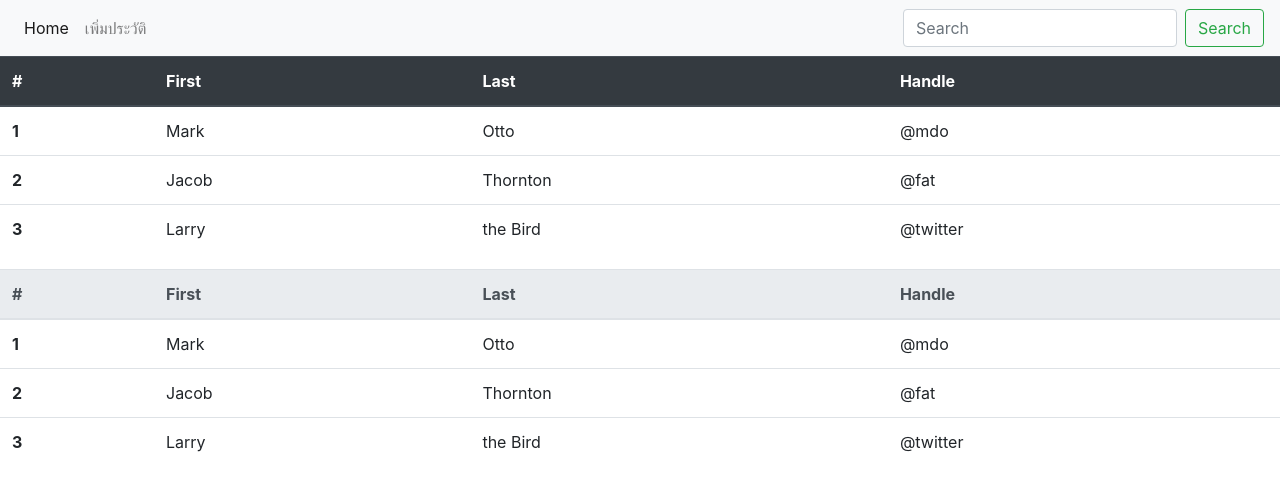
Repository: p2job/javawebapp
Page: http://localhost/demojsp/
These files come from the project's save history. The page is drawn as it stood at one moment and after the next save; the edit follows.
The browser window is 1280 px wide. The pictures show the whole page.
The page is served by Tomcat 9.

Above is the page before, as saved 2020-07-31 08:49:14.

### demojsp/WebContent/index.jsp
  <%@page contentType="text/html" pageEncoding="UTF-8"%>
  <%@ page import="java.sql.*"  %>
<!DOCTYPE html>
<html>
<head>
<meta http-equiv="Content-Type" content="text/html; charset=UTF-8">
<meta name="viewport" content="width=device-width, initial-scale=1, shrink-to-fit=no">
<link rel="stylesheet" href="https://stackpath.bootstrapcdn.com/bootstrap/4.5.0/css/bootstrap.min.css" integrity="sha384-9aIt2nRpC12Uk9gS9baDl411NQApFmC26EwAOH8WgZl5MYYxFfc+NcPb1dKGj7Sk" crossorigin="anonymous">
<title>Insert title here</title>
</head>
<body>
	<nav class="navbar navbar-expand-lg navbar-light bg-light">
  <button class="navbar-toggler" type="button" data-toggle="collapse" data-target="#navbarTogglerDemo01" aria-controls="navbarTogglerDemo01" aria-expanded="false" aria-label="Toggle navigation">
    <span class="navbar-toggler-icon"></span>
  </button>
  <div class="collapse navbar-collapse" id="navbarTogglerDemo01">
    <ul class="navbar-nav mr-auto mt-2 mt-lg-0">
      <li class="nav-item active">
        <a class="nav-link" href="index.jsp">Home <span class="sr-only">(current)</span></a>
      </li>
      <li class="nav-item">
        <a class="nav-link" href="insert.jsp">เพิ่มประวัติ</a>
      </li>
    </ul>
    <form class="form-inline my-2 my-lg-0">
      <input class="form-control mr-sm-2" type="search" placeholder="Search" aria-label="Search">
      <button class="btn btn-outline-success my-2 my-sm-0" type="submit">Search</button>
    </form>
  </div>
</nav>
<table class="table">
  <thead class="thead-dark">
    <tr>
      <th scope="col">#</th>
      <th scope="col">First</th>
      <th scope="col">Last</th>
      <th scope="col">Handle</th>
    </tr>
  </thead>
  <tbody>
    <tr>
      <th scope="row">1</th>
      <td>Mark</td>
      <td>Otto</td>
      <td>@mdo</td>
    </tr>
    <tr>
      <th scope="row">2</th>
      <td>Jacob</td>
      <td>Thornton</td>
      <td>@fat</td>
    </tr>
    <tr>
      <th scope="row">3</th>
      <td>Larry</td>
      <td>the Bird</td>
      <td>@twitter</td>
    </tr>
  </tbody>
</table>

<table class="table">
  <thead class="thead-light">
    <tr>
      <th scope="col">#</th>
      <th scope="col">First</th>
      <th scope="col">Last</th>
      <th scope="col">Handle</th>
    </tr>
  </thead>
  <tbody>
    <tr>
      <th scope="row">1</th>
      <td>Mark</td>
      <td>Otto</td>
      <td>@mdo</td>
    </tr>
    <tr>
      <th scope="row">2</th>
      <td>Jacob</td>
      <td>Thornton</td>
      <td>@fat</td>
    </tr>
    <tr>
      <th scope="row">3</th>
      <td>Larry</td>
      <td>the Bird</td>
      <td>@twitter</td>
    </tr>
  </tbody>
</table>
	<script src="https://code.jquery.com/jquery-3.5.1.slim.min.js" integrity="sha384-DfXdz2htPH0lsSSs5nCTpuj/zy4C+OGpamoFVy38MVBnE+IbbVYUew+OrCXaRkfj" crossorigin="anonymous"></script>
    <script src="https://cdn.jsdelivr.net/npm/popper.js@1.16.0/dist/umd/popper.min.js" integrity="sha384-Q6E9RHvbIyZFJoft+2mJbHaEWldlvI9IOYy5n3zV9zzTtmI3UksdQRVvoxMfooAo" crossorigin="anonymous"></script>
    <script src="https://stackpath.bootstrapcdn.com/bootstrap/4.5.0/js/bootstrap.min.js" integrity="sha384-OgVRvuATP1z7JjHLkuOU7Xw704+h835Lr+6QL9UvYjZE3Ipu6Tp75j7Bh/kR0JKI" crossorigin="anonymous"></script>
</body>
</html>

After the next save:
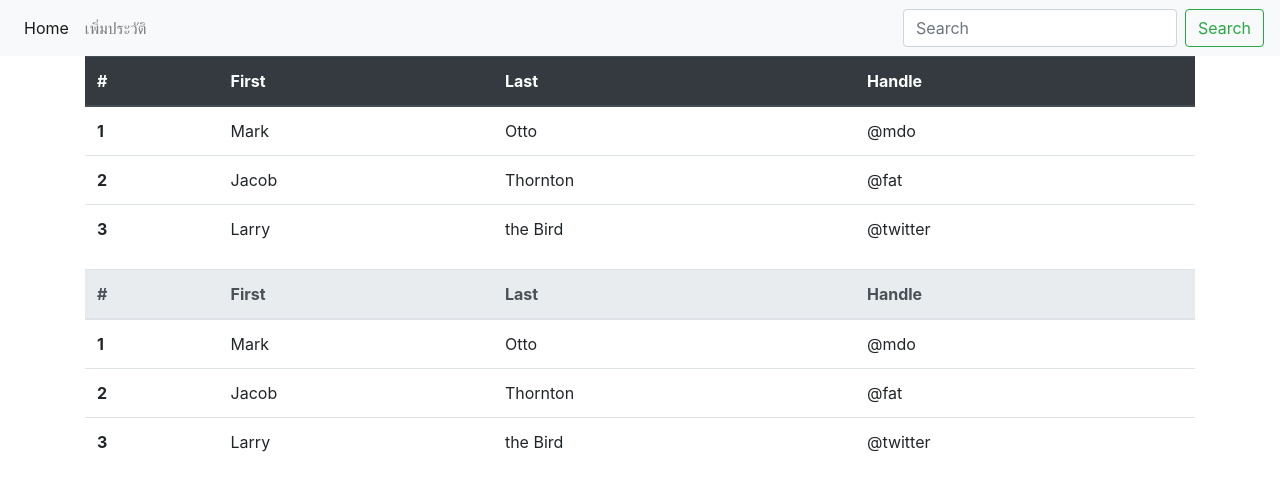
Saved 41 s later.
--- a/demojsp/WebContent/index.jsp
+++ b/demojsp/WebContent/index.jsp
@@ -28,6 +28,7 @@
     </form>
   </div>
 </nav>
+<div class="container">
 <table class="table">
   <thead class="thead-dark">
     <tr>
@@ -89,6 +90,7 @@
     </tr>
   </tbody>
 </table>
+</div>
 	<script src="https://code.jquery.com/jquery-3.5.1.slim.min.js" integrity="sha384-DfXdz2htPH0lsSSs5nCTpuj/zy4C+OGpamoFVy38MVBnE+IbbVYUew+OrCXaRkfj" crossorigin="anonymous"></script>
     <script src="https://cdn.jsdelivr.net/npm/popper.js@1.16.0/dist/umd/popper.min.js" integrity="sha384-Q6E9RHvbIyZFJoft+2mJbHaEWldlvI9IOYy5n3zV9zzTtmI3UksdQRVvoxMfooAo" crossorigin="anonymous"></script>
     <script src="https://stackpath.bootstrapcdn.com/bootstrap/4.5.0/js/bootstrap.min.js" integrity="sha384-OgVRvuATP1z7JjHLkuOU7Xw704+h835Lr+6QL9UvYjZE3Ipu6Tp75j7Bh/kR0JKI" crossorigin="anonymous"></script>

After the save that followed:
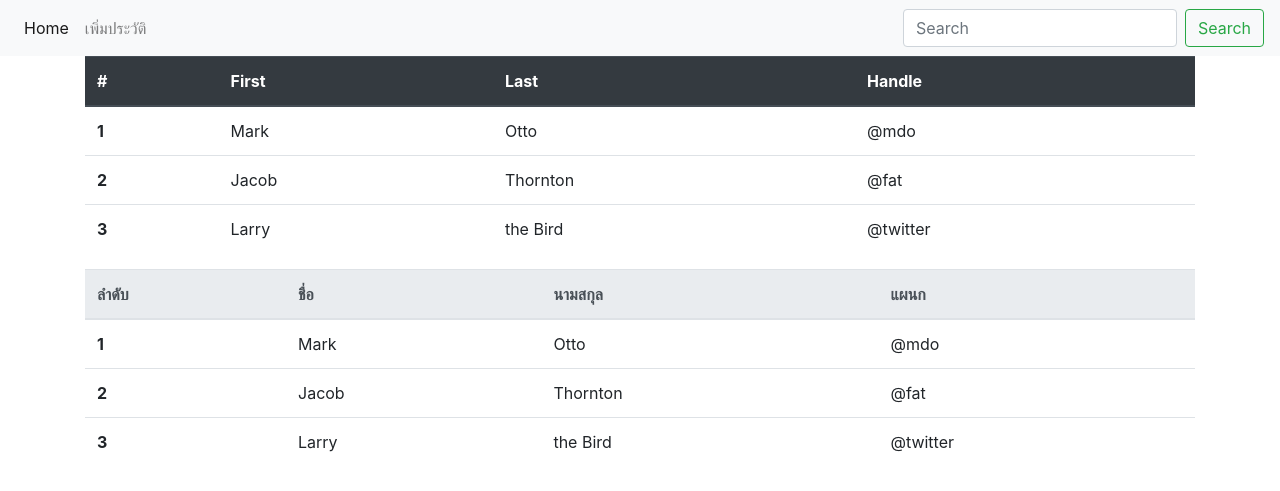
Saved 3 min 28 s later.
--- a/demojsp/WebContent/index.jsp
+++ b/demojsp/WebContent/index.jsp
@@ -63,10 +63,10 @@
 <table class="table">
   <thead class="thead-light">
     <tr>
-      <th scope="col">#</th>
-      <th scope="col">First</th>
-      <th scope="col">Last</th>
-      <th scope="col">Handle</th>
+      <th scope="col">ลำดับ</th>
+      <th scope="col">ชื่อ</th>
+      <th scope="col">นามสกุล</th>
+      <th scope="col">แผนก</th>
     </tr>
   </thead>
   <tbody>
